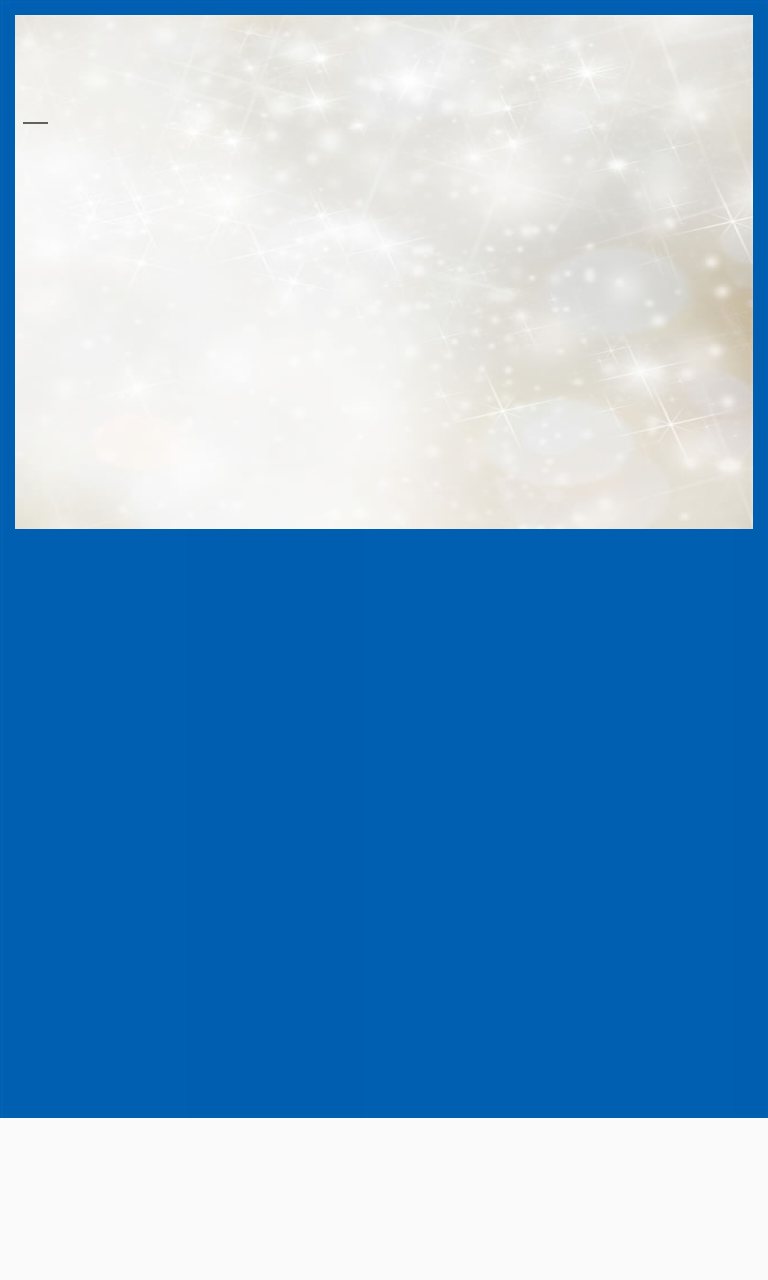
Repository: zhengjf9/Simple-QQ
Layout: myqq_chat/res/layout/qqlogin.xml
The author's editor kept a copy of each file at every save. The layout is drawn from the files as they stood at one save, then again after the next save.
It is drawn on a 768 x 1280 px phone screen (xhdpi) without system bars, with theme AppTheme; the app's code is not run.

Above is the layout before, as saved 2018-03-14 12:38:36.

After the next save:
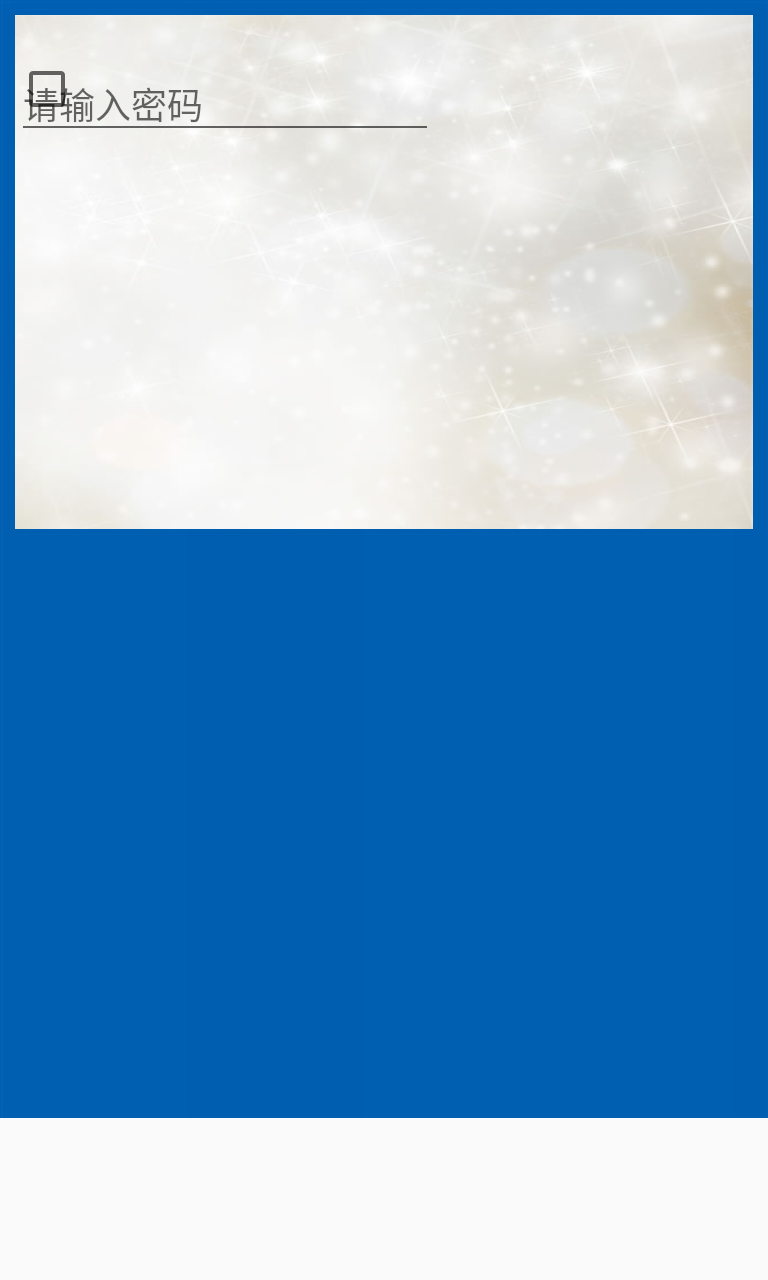
Saved 3 h 20 min later.
--- a/myqq_chat/res/layout/qqlogin.xml
+++ b/myqq_chat/res/layout/qqlogin.xml
@@ -27,6 +27,16 @@
                android:layout_width="wrap_content"
                android:layout_height="wrap_content"
                android:layout_alignBaseline="@+id/TextView01"
+               android:layout_alignBottom="@+id/TextView01"
+               android:layout_toRightOf="@+id/textView1"
+               android:ems="10"
+               android:hint="请输入密码"
+               android:inputType="textPassword"
+               />
+           <CheckBox
+               android:id="@+id/checkBox1"
+               android:layout_width="wrap_content"
+               android:layout_height="wrap_content"
 
                />
         </RelativeLayout>
